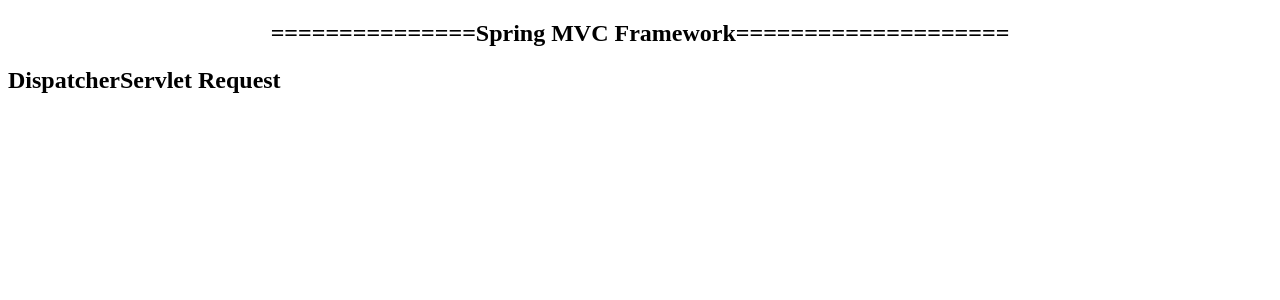
Repository: hamham1210/JavaStudy
Page: http://localhost/Maven02_SpringMVC/
The author's editor kept a copy of each file at every save. The page is drawn from the files as they stood at one save, then again after the next save.
The browser window is 1280 px wide. The pictures show the whole page.
The page is served by Tomcat 9.

Above is the page before, as saved 2024-10-02 03:01:51.

After the next save:
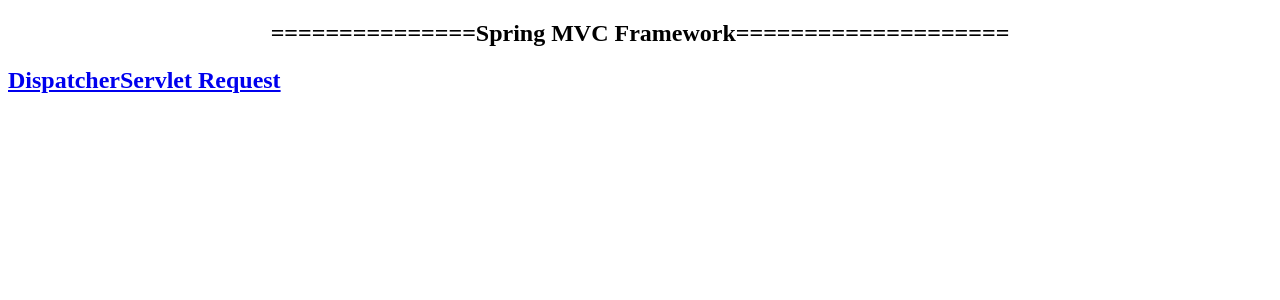
Saved 18 s later.
--- a/Maven02_SpringMVC/src/main/webapp/index.jsp
+++ b/Maven02_SpringMVC/src/main/webapp/index.jsp
@@ -8,6 +8,6 @@
 </head>
 <body>
 <h2 align="center">===============Spring MVC Framework====================</h2>
-<h2><a herf="index.do">DispatcherServlet Request</a></h2>
+<h2><a href="index.do">DispatcherServlet Request</a></h2>
 </body>
 </html>
